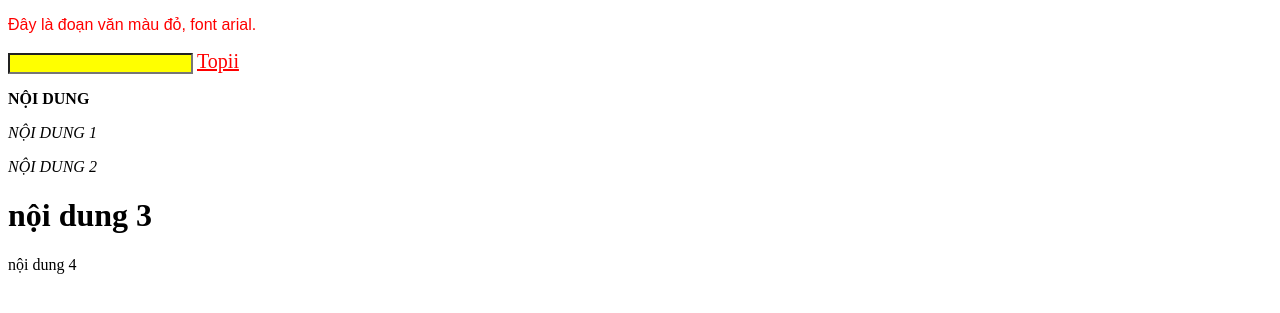
Repository: PhiKhongHoang/JSP-Servlet
Page: Bai3_CSS/src/main/webapp/vidu.html
These files come from the project's save history. The page is drawn as it stood at one moment and after the next save; the edit follows.
The browser window is 1280 px wide. The pictures show the whole page.

Above is the page before, as saved 2024-02-16 12:43:23.

After the next save:
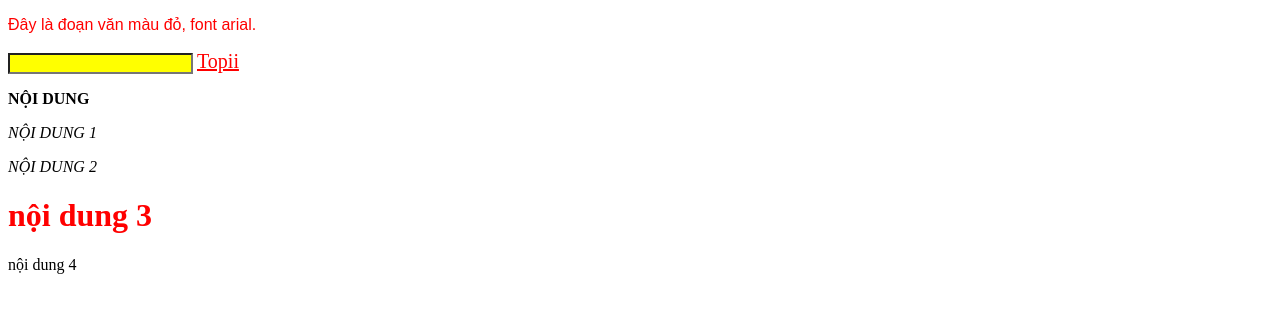
Saved 13 s later.
--- a/Bai3_CSS/src/main/webapp/css/MyStyle.css
+++ b/Bai3_CSS/src/main/webapp/css/MyStyle.css
@@ -11,3 +11,7 @@ a {
 .innghieng {
 	font-style: italic;
 }
+
+h1.maudo{
+	color: red;
+}
